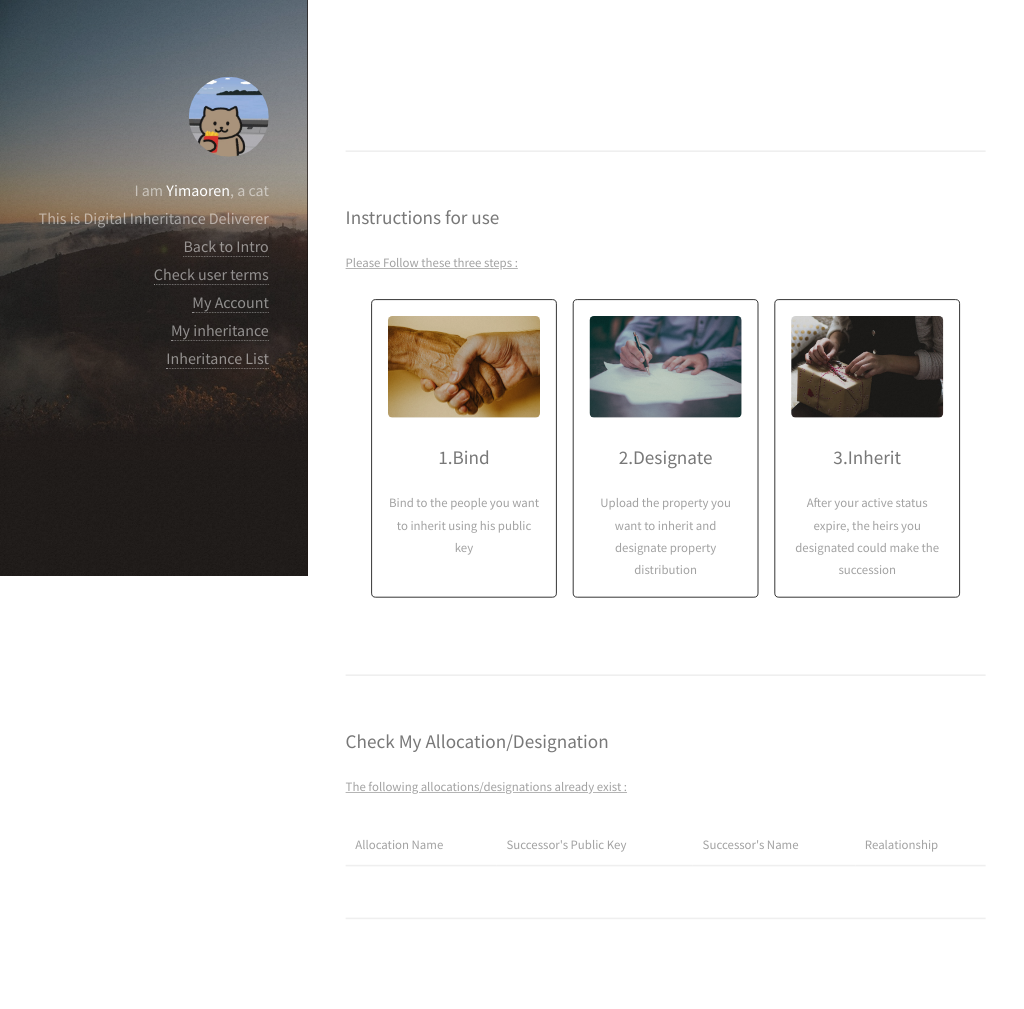
Repository: 1mocat/DID-blockchain-project
Page: Digital_I_D/app/src/my_inher.html
An editor plug-in stored every save of this project. The page is shown before and after the next save, followed by the edit.
The browser window is 1280 px wide. The pictures show the whole page, at 80% of full size.

Above is the page before, as saved 2023-10-03 13:34:58.

After the next save:
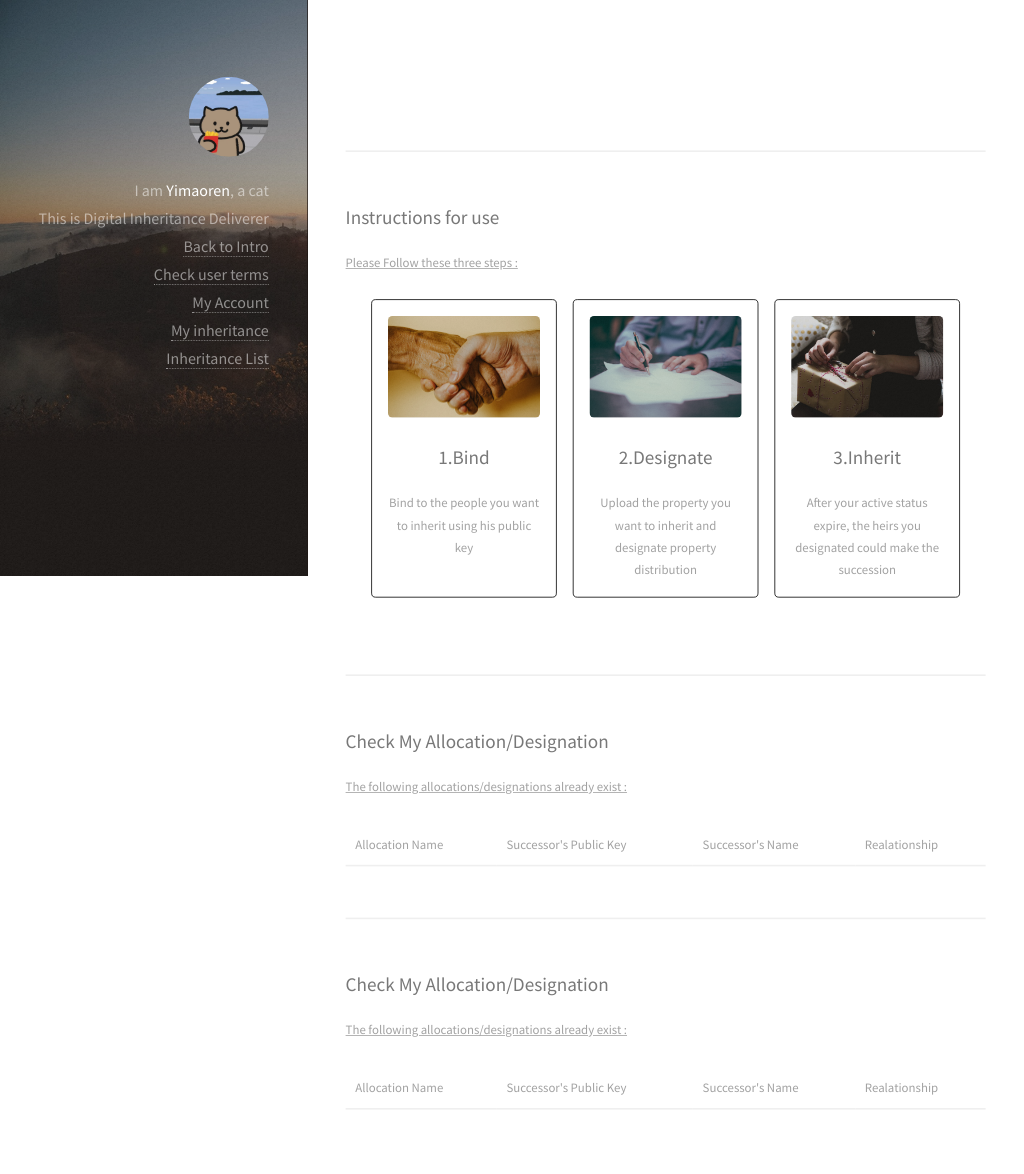
Saved 6 s later.
--- a/Digital_I_D/app/src/my_inher.html
+++ b/Digital_I_D/app/src/my_inher.html
@@ -124,7 +124,21 @@
 
 		<!-- Three -->
 		<section id="three">
-
+			<h2>Check My Allocation/Designation</h2>
+			<p><u>The following allocations/designations already exist :</u></p>
+			<div class="table-margin">
+				<table class="table table-bordered table-header">
+					<thead>
+						<tr>
+							<td class="w15">Allocation Name</td>
+							<td class="w15">Successor's Public Key</td>
+							<td class="w15">Successor's Name</td>
+							<td class="w15">Realationship</td>
+						</tr>
+					</thead>
+					<tbody id="details"></tbody>
+				</table>
+			</div>
 		</section>
 
 
